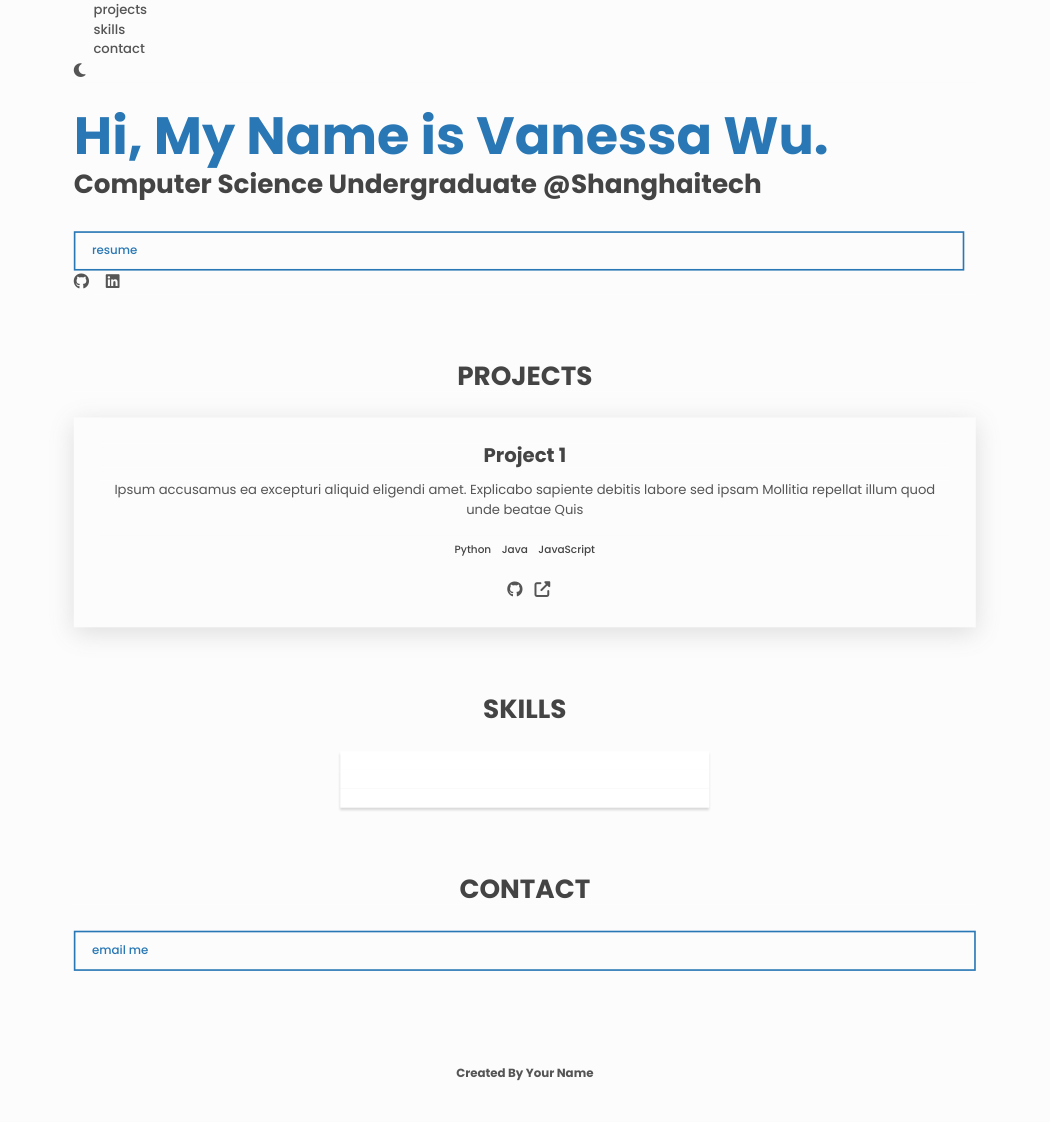
Repository: indiansummer1022/Cubstart
Page: Web Track/hw1/index.html
An editor plug-in stored every save of this project. The page is shown before and after the next save, followed by the edit.
The browser window is 1280 px wide. The pictures show the whole page, at 82% of full size.
Some web libraries are served in a nearby version.

Above is the page before, as saved 2022-02-15 21:12:35.

### Web Track/hw1/index.html
<!DOCTYPE html>
<html lang="en">

<head>
  <meta charset="UTF-8" />
  <meta name="viewport" content="width=device-width, initial-scale=1" />
  <meta name="description" content="Portfolio" />
  <link rel="preconnect" href="https://fonts.googleapis.com" />
  <link rel="preconnect" href="https://fonts.gstatic.com" crossorigin />
  <link href="https://fonts.googleapis.com/css2?family=Poppins:wght@400;500;700&display=swap" rel="stylesheet" />
  <script src="https://kit.fontawesome.com/fa62c117c7.js" crossorigin="anonymous"></script>
  <!-- BEGIN PART 1 -->
  <link rel="stylesheet" href ="styles.css">
  <title>Vanessa Wu</title>
  <!-- END PART 1 -->
</head>

<body class="light" id="top">
  <header class="header center">
    <!-- BEGIN PART 2 -->
    <h3>
        <a href="index.html"></a>
    </h3>
    <!-- END PART 2 -->
    <nav class="nav center">
      <ul class="nav__list center">
        <li class="nav__list-item">
          <a class="link link--nav" href="#projects">Projects</a>
        </li>
        <li class="nav__list-item">
          <a class="link link--nav" href="#skills">Skills</a>
        </li>
        <li class="nav__list-item">
          <a class="link link--nav" href="#contact">Contact</a>
        </li>
      </ul>

      <!-- BEGIN PART 5 -->

      <button type="button" aria-label="toggle theme" class="btn btn--icon">
        <i id="btn-theme" class="fas fa-moon"></i>
      </button>

      <!--
        5.1: What does this button tag correspond to on the site?

        Corresponds to the moon icon on top left of the page which to change the light/ dark theme of the website.

      -->

      <button type="button" aria-label="toggle navigation" class="btn btn--icon nav__hamburger">
        <i class="fas fa-bars"></i>
      </button>

      <!--
        5.2: Try Ctrl-F in styles.css and look the class 'nav__hamburger'. You'll notice that it
        appears in 2 places. Why is one of the rules 'display: none' on one instance? How do you
        make it so that this button appears on screen?
        Hint: remember what @media (max-width: 600px) means.

        1. @media (max-width: 600px) is for mobile so hamburger is set to appear on the screen if it is the mobile version.
        The element is hidden if it is the desktop version. [referring: @hannahmcg]
        2. Change 'display: none' to flex so this button will appear.

      -->

      <!-- END PART 5 -->
    </nav>
  </header>

  <main>
    <div class="about center">
      <!-- BEGIN PART 6 -->
      <h1 class="about__name"> Hi, My Name is Vanessa Wu.</h1>
      <h2 class="about_role">
        Computer Science Undergraduate @Shanghaitech
      </h2>
      <!-- END PART 6 -->
      <div class="about__contact center">
        <a href="https://example.com">
          <span class="btn btn--outline">Resume</span>
        </a>

        <a href="https://github.com/" aria-label="github" class="link link--icon">
          <i aria-hidden="true" class="fab fa-github"></i>
        </a>

        <a href="https://linkedin.com/in/" aria-label="linkedin" class="link link--icon">
          <i aria-hidden="true" class="fab fa-linkedin"></i>
        </a>
      </div>
    </div>
    <section id="projects" class="section projects">
      <h2 class="section__title">Projects</h2>
      <div class="projects__grid">
        <!-- BEGIN PART 8 -->
        <div class="project">
          <h3>Project 1</h3>
          <p class="project__description">
            Ipsum accusamus ea excepturi aliquid eligendi amet. Explicabo
            sapiente debitis labore sed ipsam Mollitia repellat illum quod
            unde beatae Quis
          </p>
          <ul class="project__stack">
            <li class="project__stack-item">Python</li>
            <li class="project__stack-item">Java</li>
            <li class="project__stack-item">JavaScript</li>
          </ul>

          <a href="https://github.com" aria-label="source code" class="link link--icon">
            <i aria-hidden="true" class="fab fa-github"></i>
          </a>
          <a href="https://example.com" aria-label="live preview" class="link link--icon">
            <i aria-hidden="true" class="fas fa-external-link-alt"></i>
          </a>
        </div>
        <!-- END PART 8 -->
      </div>
    </section>


    <section class="section skills" id="skills">
      <!-- BEGIN PART 10 -->
      <h2 class="section__title">Skills</h2>
      <ul class="skills__list">
        <li class="skills__list-item btn btn--plain"></li>
        <li class="skills__list-item btn btn--plain"></li>
        <li class="skills__list-item btn btn--plain"></li>
      </ul>
      <!-- END PART 10 -->
    </section>
    <section class="section contact center" id="contact">
      <h2 class="section__title">Contact</h2>
      <a href="mailto:youremail@gmail.com">
        <span class="btn btn--outline">Email me</span>
      </a>
    </section>
  </main>

  <footer class="footer">
    <!-- BEGIN PART 12 -->
    <a href="/" class="link footer__link">
      Created By Your Name
    </a>
    <!-- END PART 12 -->
  </footer>


  <div class="scroll-container">
    <div class="scroll-top">
      <a aria-label="Scroll up" href="#top">
        <i aria-hidden="true" class="fas fa-arrow-up"></i>
      </a>
    </div>
  </div>
  <script src="./script.js"></script>
</body>

</html>

### Web Track/hw1/styles.css
/*===============
  global styles
===============*/

* {
  padding: 0;
  margin: 0;
  border: 0;
  outline: 0;
  background-color: inherit;
  color: inherit;
  font-family: inherit;
  font-size: inherit;
  box-shadow: none;
  box-sizing: border-box;
}

html {
  scroll-behavior: smooth;
}

body {
  font-family: "Poppins", sans-serif;
  line-height: 1.5;
  color: var(--clr-fg);
  background-color: var(--clr-bg);
}

.light {
  --clr-bg: #fcfcfc;
  --clr-bg-alt: #fff;
  --clr-fg: #555;
  --clr-fg-alt: #444;
  --clr-primary: #2978b5;
  --shadow: rgba(100, 100, 111, 0.2) 0px 7px 29px 0px;
}

.dark {
  --clr-bg: #23283e;
  --clr-bg-alt: #2a2f4c;
  --clr-fg: #bdbddd;
  --clr-fg-alt: #cdcdff;
  --clr-primary: #90a0d9;
  --shadow: rgba(0, 0, 0, 0.16) 0px 10px 36px 0px,
    rgba(0, 0, 0, 0.06) 0px 0px 0px 1px;
}

::-moz-selection {
  background: var(--clr-primary);
  color: var(--clr-bg);
}

::-webkit-selection,
::selection {
  background: var(--clr-primary);
  color: var(--clr-bg);
}

h1,
h2,
h3,
h4 {
  line-height: 1.2;
  color: var(--clr-fg-alt);
}

h1 {
  font-size: 4rem;
}

h2 {
  font-size: 2rem;
}

h3 {
  font-size: 1.5rem;
}

h4 {
  font-size: 1.3rem;
}

ul {
  list-style-type: none;
}

a {
  text-decoration: none;
}

button {
  cursor: pointer;
}

@media (max-width: 900px) {
  h1 {
    font-size: 2.6rem;
  }
}

/*===================
  buttons and links
===================*/

.link {
  color: var(--clr-primary);
  padding: 0 0 0.3em 0;
  position: relative;
}

.link:hover {
  color: var(--clr-primary);
}

/* BEGIN PART 4 */

.link::before {
  content: "";
  display: inline;
  width: 0%;
  height: 0.2em;
  position: absolute;
  bottom: 0;
  background-color: var(--clr-primary);
  /* transition: */
}

.link:hover::before,
.link:focus::before {
  width: 100%;
  transition: property width, duration 5s, timing-function ease-in;
}

/* END PART 4 */

.link--nav {
  color: var(--clr-fg);
  text-transform: lowercase;
  font-weight: 500;
}

.link--icon {
  color: var(--clr-fg);
  font-size: 1.2rem;
}

.btn {
  display: block;
  padding: 0.8em 1.4em;
  font-weight: 500;
  font-size: 0.9rem;
  text-transform: lowercase;
  transition: transform 0.2s ease-in-out;
}

.btn--outline {
  color: var(--clr-primary);
  border: 2px solid var(--clr-primary);
  position: relative;
  overflow: hidden;
  z-index: 1;
}

.btn--outline:focus,
.btn--outline:hover {
  color: var(--clr-bg);
}

.btn--outline:before {
  content: "";
  position: absolute;
  background-color: var(--clr-primary);
  right: 100%;
  bottom: 0;
  left: 0;
  top: 0;
  z-index: -1;
  transition: right 0.2s ease-in-out;
}

.btn--outline:hover::before,
.btn--outline:focus::before {
  right: 0;
}

.btn--plain {
  text-transform: initial;
  background-color: var(--clr-bg-alt);
  box-shadow: rgba(0, 0, 0, 0.15) 0px 3px 3px 0px;
  border: 0;
}

.btn--plain:hover {
  transform: translateY(-4px);
}

.btn--icon {
  padding: 0;
  font-size: 1.2rem;
}

.btn--icon:hover,
.btn--icon:focus {
  color: var(--clr-primary);
}

.btn--icon:active {
  transform: translateY(-5px);
}

/*========
  layout
========*/

/* BEGIN PART 3 */

.center {
  justify-content: center;
  flex-direction: column;
}

.header {
  height: 8em;
  max-width: 1100px;
  width: 95%;
  margin: 0 auto;
  /* justify-content: */
  justify-content: space-around;
}

/* END PART 3 */

main {
  max-width: 1100px;
  width: 95%;
  margin: 0 auto;
}

.section {
  margin-top: 5em;
}

.section__title {
  text-align: center;
  margin-bottom: 1em;
  text-transform: uppercase;
}

.nav__list {
  margin-right: 1.5em;
  display: flex;
}

.nav__list-item {
  margin-left: 1.5em;
}

.nav__hamburger {
  display: none;
  width: 1em;
}

/* BEGIN PART 7 */

.about {
}

/* END PART 7 */

.about__name {
  color: var(--clr-primary);
}

.about__role {
  margin-top: 1.2em;
}

.about__desc {
  font-size: 1rem;
  max-width: 600px;
}

.about__desc,
.about__contact {
  margin-top: 2.4em;
}

.about .link--icon {
  margin-right: 0.8em;
}

.about .btn--outline {
  margin-right: 1em;
}

/* BEGIN PART 9 */

.projects__grid {
  max-width: 1100px;
  margin: 0 auto;
  /* display: */
  /* grid-template-columns: */
  /* grid-gap: */
}

/* END PART 9 */

.project {
  padding: 2em;
  margin: 0 auto;
  text-align: center;
  box-shadow: var(--shadow);
  transition: transform 0.2s linear;
}

.project:hover {
  transform: translateY(-7px);
}

.project__description {
  margin-top: 1em;
}

.project__stack {
  display: flex;
  flex-wrap: wrap;
  justify-content: center;
  margin: 1.2em 0;
}

.project__stack-item {
  margin: 0.5em;
  font-weight: 500;
  font-size: 0.8rem;
  color: var(--clr-fg-alt);
}

.project .link--icon {
  margin-left: 0.5em;
}

/* BEGIN PART 11 */

.skills__list {
  max-width: 450px;
  width: 95%;
  margin: 0 auto;
  /* display: */
  /* flex-wrap: */
  /* justify-content: */
}

.skills__list-item {
}

/* END PART 11 */

.contact {
  flex-direction: column;
}

.footer {
  padding: 3em 0;
  margin-top: 4em;
  text-align: center;
}

.footer__link {
  font-size: 0.9rem;
  font-weight: 700;
  color: var(--clr-fg);
}

.scroll-top {
  display: none;
  position: fixed;
  bottom: 1em;
  right: 2em;
  background-color: transparent;
  font-size: 1.8rem;
  transition: transform 0.2s ease-in-out;
}

@media (max-width: 600px) {
  .header {
    height: 6em;
  }

  .section {
    margin-top: 4em;
  }

  .nav__list {
    flex-direction: column;
    padding: 4em 0;
    position: absolute;
    right: 0;
    left: 0;
    top: 5em;
    background-color: var(--clr-bg);
    width: 0;
    overflow: hidden;
    transition: width 0.2s ease-in-out;
  }

  .display-nav-list {
    width: 100%;
  }

  .nav__list-item {
    margin: 0.5em 0;
  }

  .nav__hamburger {
    display: flex;
    margin-left: 0.8em;
  }

  .about {
    align-items: flex-start;
    margin-top: 2em;
  }

  .footer {
    padding: 2em;
    margin-top: 3em;
  }

  .scroll-container {
    display: none;
  }
}

### Web Track/hw1/script.js
const body = document.body

const btnTheme = document.querySelector('.fa-moon')
const btnHamburger = document.querySelector('.fa-bars')

const addThemeClass = (bodyClass, btnClass) => {
  body.classList.add(bodyClass)
  btnTheme.classList.add(btnClass)
}

const getBodyTheme = localStorage.getItem('portfolio-theme')
const getBtnTheme = localStorage.getItem('portfolio-btn-theme')

addThemeClass(getBodyTheme, getBtnTheme)

const isDark = () => body.classList.contains('dark')

const setTheme = (bodyClass, btnClass) => {

	body.classList.remove(localStorage.getItem('portfolio-theme'))
	btnTheme.classList.remove(localStorage.getItem('portfolio-btn-theme'))

  addThemeClass(bodyClass, btnClass)

	localStorage.setItem('portfolio-theme', bodyClass)
	localStorage.setItem('portfolio-btn-theme', btnClass)
}

const toggleTheme = () =>
	isDark() ? setTheme('light', 'fa-moon') : setTheme('dark', 'fa-sun')

btnTheme.addEventListener('click', toggleTheme)

const displayList = () => {
	const navUl = document.querySelector('.nav__list')

	if (btnHamburger.classList.contains('fa-bars')) {
		btnHamburger.classList.remove('fa-bars')
		btnHamburger.classList.add('fa-times')
		navUl.classList.add('display-nav-list')
	} else {
		btnHamburger.classList.remove('fa-times')
		btnHamburger.classList.add('fa-bars')
		navUl.classList.remove('display-nav-list')
	}
}

btnHamburger.addEventListener('click', displayList)

const scrollUp = () => {
	const btnScrollTop = document.querySelector('.scroll-top')

	if (
		body.scrollTop > 500 ||
		document.documentElement.scrollTop > 500
	) {
		btnScrollTop.style.display = 'block'
	} else {
		btnScrollTop.style.display = 'none'
	}
}

document.addEventListener('scroll', scrollUp)

After the next save:
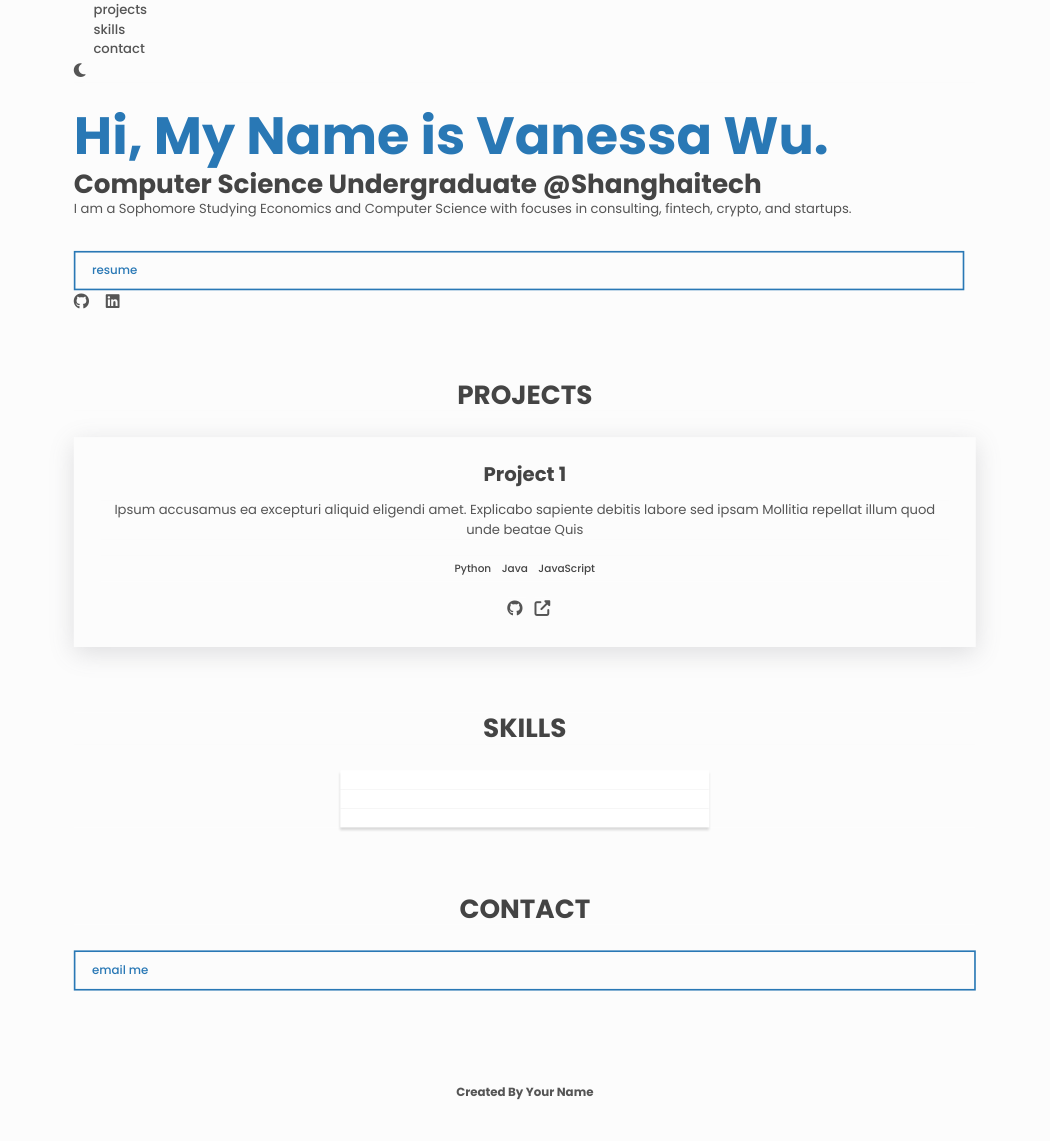
Saved 62 s later.
--- a/Web Track/hw1/index.html
+++ b/Web Track/hw1/index.html
@@ -71,10 +71,15 @@
   <main>
     <div class="about center">
       <!-- BEGIN PART 6 -->
-      <h1 class="about__name"> Hi, My Name is Vanessa Wu.</h1>
+      <h1 class="about__name">
+        Hi, My Name is Vanessa Wu.
+      </h1>
       <h2 class="about_role">
         Computer Science Undergraduate @Shanghaitech
       </h2>
+      <p class="about-desc">
+        I am a Sophomore Studying Economics and Computer Science with focuses in consulting, fintech, crypto, and startups.
+      </p>
       <!-- END PART 6 -->
       <div class="about__contact center">
         <a href="https://example.com">
